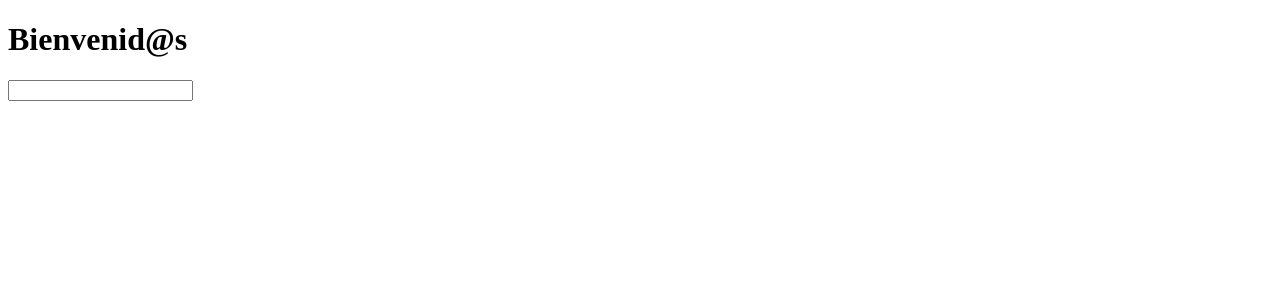
Repository: MiguelonDev/CursoIonic
Page: EclipseWorkSpace/TryCatch/index.html
These files come from the project's save history. The page is drawn as it stood at one moment and after the next save; the edit follows.
The browser window is 1280 px wide. The pictures show the whole page.

Above is the page before, as saved 2018-09-27 17:13:25.

After the next save:
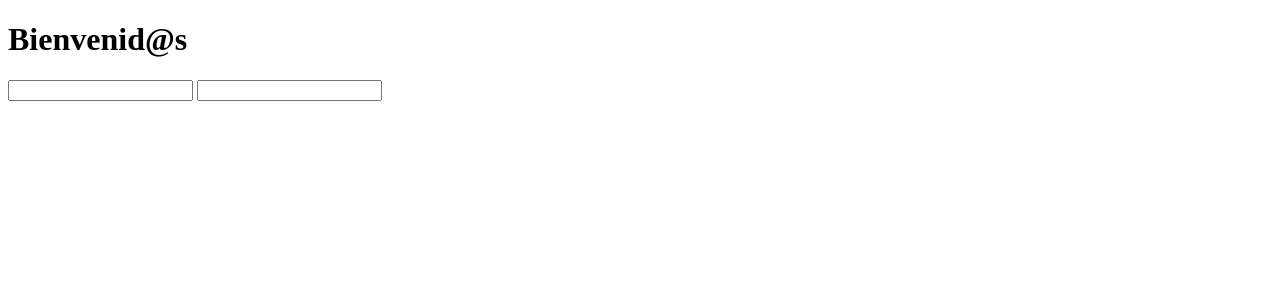
Saved 37 s later.
--- a/EclipseWorkSpace/TryCatch/index.html
+++ b/EclipseWorkSpace/TryCatch/index.html
@@ -3,11 +3,12 @@
 <head>
 <meta charset="UTF-8">
 <title>Miguel Aguirre Varela</title>
-<script src></script>
+<script></script>
 </head>
 <body>
 
 <header><h1>Bienvenid@s</h1></header>
-<input type="text" value="">
+<input id="valor1" type="text" value="">
+<input id="valor2" type="text" value="">
 </body>
 </html>
